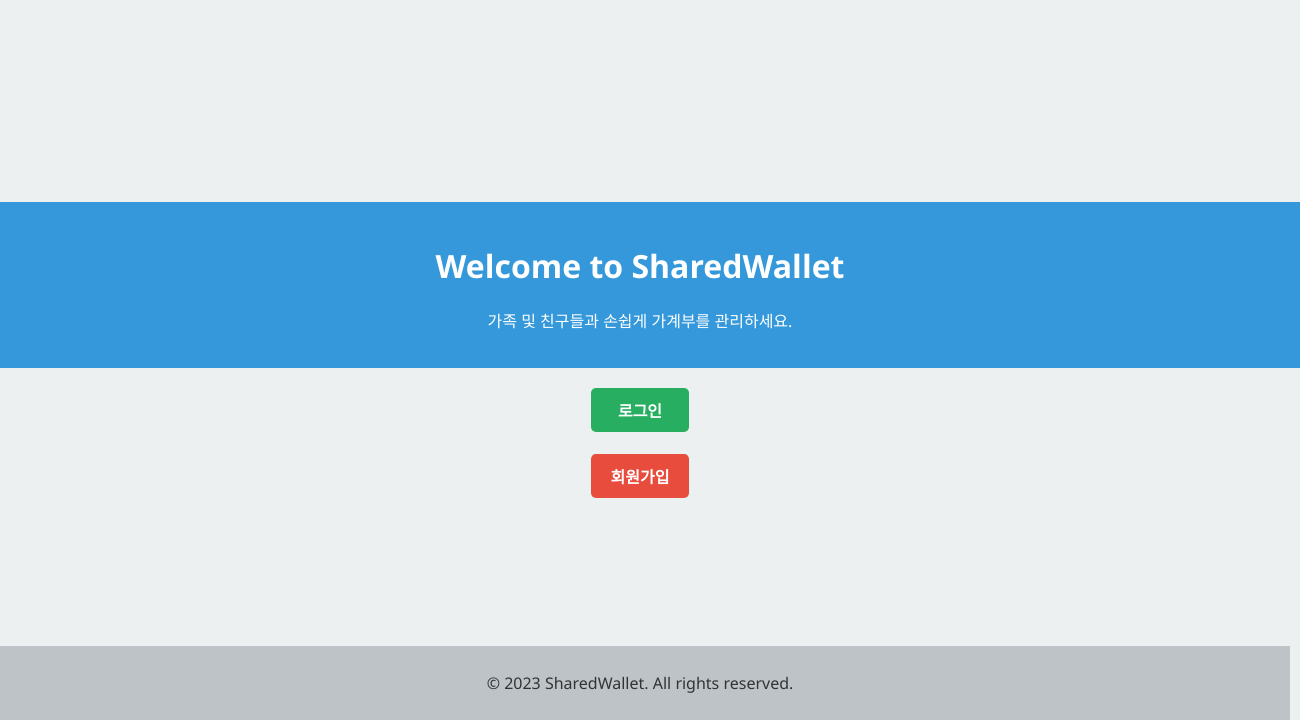
Repository: YoonHakyoung/SharedWallet
Page: http://localhost/Final_Exam/WEB-INF/views/home.jsp
These files come from the project's save history. The page is drawn as it stood at one moment and after the next save; the edit follows.
The browser window is 1280 px wide. The page is 1300 px wide, then 1280 px, so the pictures cover 1300 px, including what lies to the right of the window. The pictures show the whole page.
The page is served by Tomcat 9. Nobody is signed in. Other server files are loaded and not shown. The template is opened directly, without the code that normally fills it, so the values that code supplies are empty.

Above is the page before, as saved 2023-12-08 16:14:26.

### Spring/Project/Final Exam/src/main/webapp/WEB-INF/views/home.jsp
<%@ taglib uri="http://java.sun.com/jsp/jstl/core" prefix="c" %>
<%@ page session="false" language="java" contentType="text/html; charset=UTF-8" pageEncoding="UTF-8"%>
<!DOCTYPE html>
<html>
<head>
    <meta charset="UTF-8">
    <title>SharedWallet - 홈</title>
    <!-- 외부 스타일시트 링크 추가 -->
    <link href="<c:url value='/resources/css/home.css' />" rel="stylesheet">
</head>
<body>

<header>
    <h1>Welcome to SharedWallet</h1>
    <p>가족 및 친구들과 손쉽게 가계부를 관리하세요.</p>
</header>

<main>
    <!-- 로그인 및 회원가입 버튼 -->
    <div>
        <a href="/myweb/member/loginForm" class="button login">로그인</a><br>
        <a href="/myweb/member/signupForm" class="button signup">회원가입</a>
    </div>
</main>

<footer>
    <p>&copy; 2023 SharedWallet. All rights reserved.</p>
</footer>

</body>
</html>

### Spring/Project/Final Exam/src/main/webapp/resources/css/home.css
/* style.css */

body {
    margin: 0;
    padding: 0;
    font-family: 'Segoe UI', Tahoma, Geneva, Verdana, sans-serif;
    background-color: #ecf0f1;
    display: flex;
    flex-direction: column;
    align-items: center;
    justify-content: center;
    min-height: 100vh;
}

header {
    background-color: #3498db;
    color: #fff;
    padding: 20px;
    text-align: center;
    width: 100%;
}

main {
    padding: 20px;
    text-align: center;
}

footer {
    background-color: #bdc3c7;
    color: #333;
    padding: 10px;
    text-align: center;
    position: fixed;
    bottom: 0;
    width: 100%;
}

a.button {
    display: inline-block;
    margin: 0px;
    padding: 10px 20px;
    text-decoration: none;
    border-radius: 5px;
    font-weight: bold;
    text-align: center;
}

a.login,
a.signup {
    display: block; /* 가운데 정렬을 위해 블록 요소로 설정 */
    margin: 0px auto; /* 가운데 정렬을 위해 자동 마진 설정 */
    padding: 10px 20px;
    text-decoration: none;
    border-radius: 5px;
    font-weight: bold;
    text-align: center;
}

a.login {
    background-color: #27ae60;
    color: #fff;
}

a.signup {
    background-color: #e74c3c;
    color: #fff;
    margin-top: 0px;
}

After the next save:
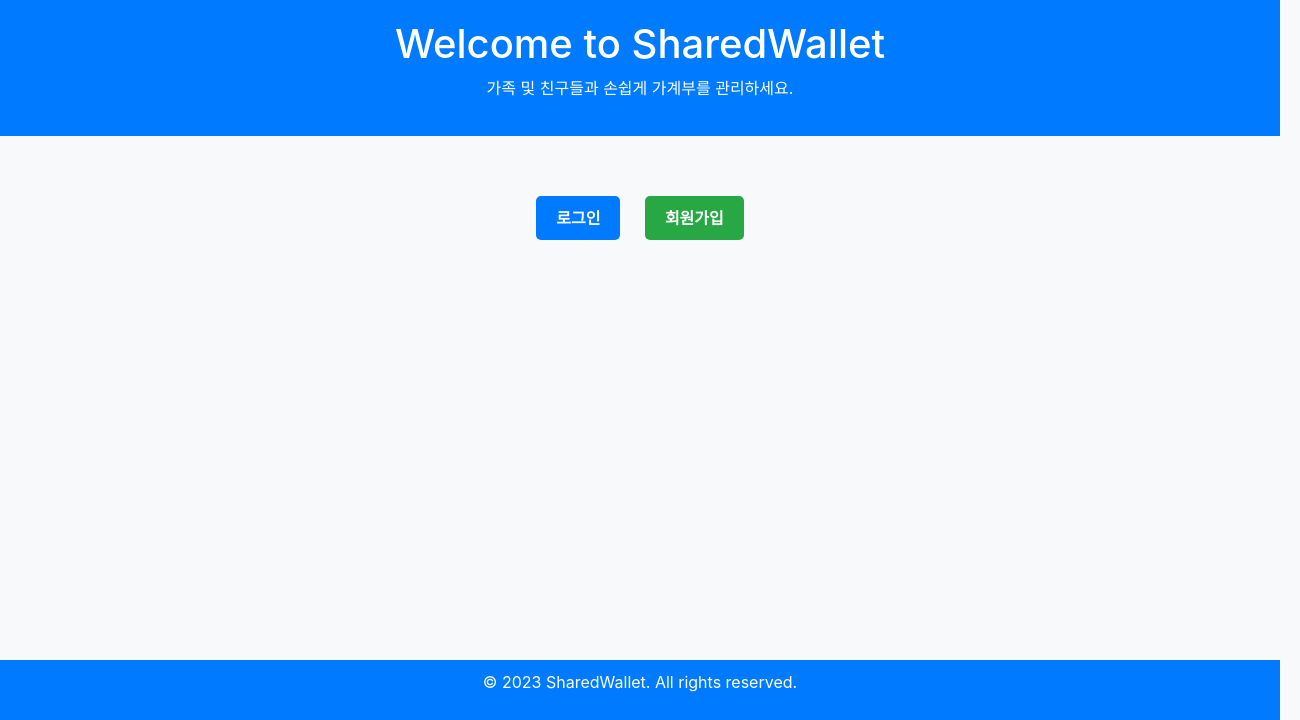
Saved 2 min 53 s later.
--- a/Spring/Project/Final Exam/src/main/webapp/WEB-INF/views/home.jsp
+++ b/Spring/Project/Final Exam/src/main/webapp/WEB-INF/views/home.jsp
@@ -1,12 +1,60 @@
 <%@ taglib uri="http://java.sun.com/jsp/jstl/core" prefix="c" %>
 <%@ page session="false" language="java" contentType="text/html; charset=UTF-8" pageEncoding="UTF-8"%>
 <!DOCTYPE html>
-<html>
+<html lang="en">
 <head>
     <meta charset="UTF-8">
+    <meta name="viewport" content="width=device-width, initial-scale=1, shrink-to-fit=no">
     <title>SharedWallet - 홈</title>
-    <!-- 외부 스타일시트 링크 추가 -->
-    <link href="<c:url value='/resources/css/home.css' />" rel="stylesheet">
+    <!-- Bootstrap CSS link (you may need to download and host locally) -->
+    <link rel="stylesheet" href="https://stackpath.bootstrapcdn.com/bootstrap/4.3.1/css/bootstrap.min.css">
+    <style>
+        body {
+            background-color: #f8f9fa;
+            color: #495057;
+        }
+
+        header {
+            background-color: #007bff;
+            color: #fff;
+            padding: 20px;
+            text-align: center;
+        }
+
+        main {
+            text-align: center;
+            margin: 50px 0;
+        }
+
+        .button {
+            display: inline-block;
+            padding: 10px 20px;
+            text-decoration: none;
+            border-radius: 5px;
+            font-weight: bold;
+            margin: 10px;
+        }
+
+        .login {
+            background-color: #007bff;
+            color: #fff;
+        }
+
+        .signup {
+            background-color: #28a745;
+            color: #fff;
+        }
+
+        footer {
+            background-color: #007bff;
+            color: #fff;
+            padding: 10px;
+            text-align: center;
+            position: fixed;
+            bottom: 0;
+            width: 100%;
+        }
+    </style>
 </head>
 <body>
 
@@ -18,7 +66,7 @@
 <main>
     <!-- 로그인 및 회원가입 버튼 -->
     <div>
-        <a href="/myweb/member/loginForm" class="button login">로그인</a><br>
+        <a href="/myweb/member/loginForm" class="button login">로그인</a>
         <a href="/myweb/member/signupForm" class="button signup">회원가입</a>
     </div>
 </main>
@@ -27,5 +75,10 @@
     <p>&copy; 2023 SharedWallet. All rights reserved.</p>
 </footer>
 
+<!-- Bootstrap JS dependencies (you may need to download and host locally) -->
+<script src="https://code.jquery.com/jquery-3.3.1.slim.min.js"></script>
+<script src="https://cdnjs.cloudflare.com/ajax/libs/popper.js/1.14.7/umd/popper.min.js"></script>
+<script src="https://stackpath.bootstrapcdn.com/bootstrap/4.3.1/js/bootstrap.min.js"></script>
+
 </body>
 </html>
